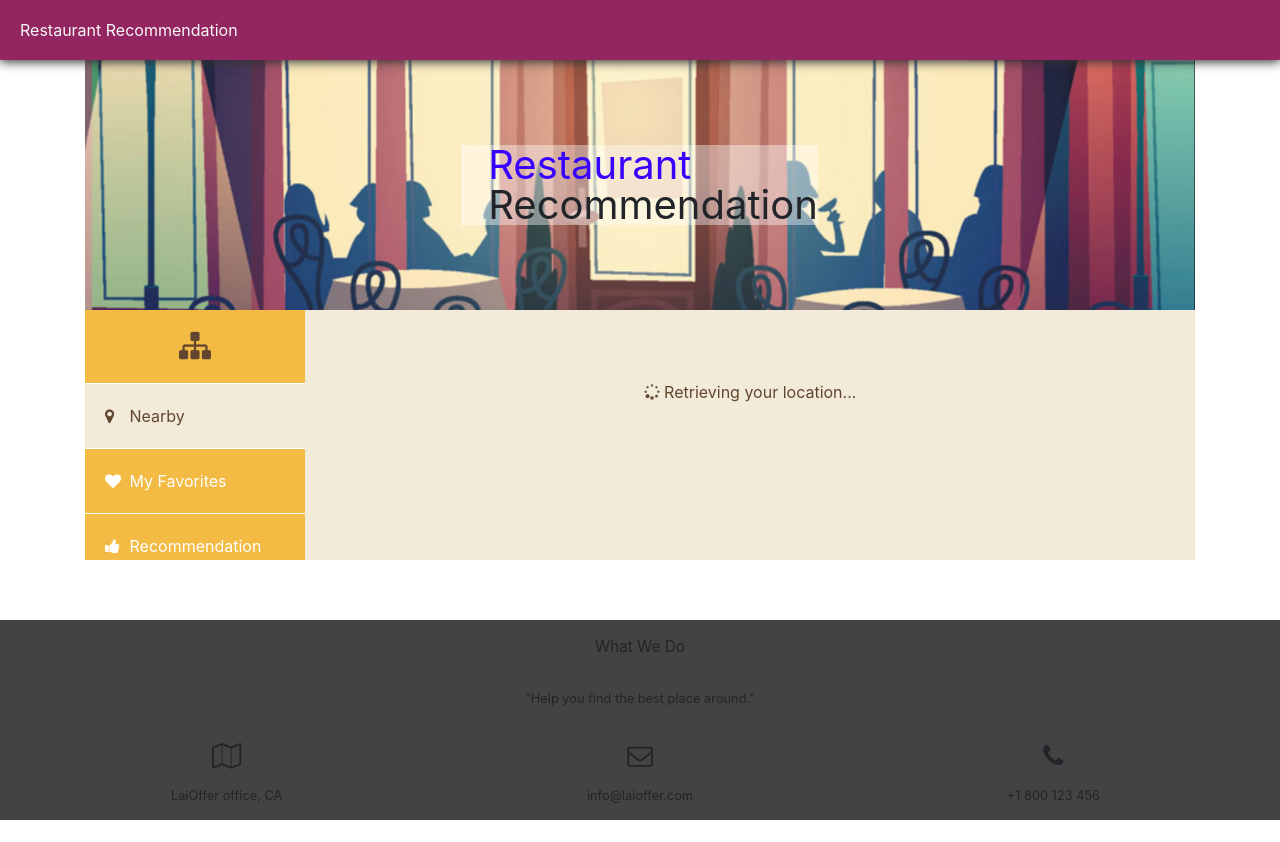
Repository: bchenSyr/restaurant-recommend
Page: http://localhost/YelpRecommend/
The author's editor kept a copy of each file at every save. The page is drawn from the files as they stood at one save, then again after the next save.
The browser window is 1280 px wide. The pictures show the whole page.
Some web libraries are served in a nearby version. The page is served by Tomcat 9. Other server files are loaded and not shown.

Above is the page before, as saved 2018-09-17 06:39:07.

### YelpRecommend/WebContent/index.html
<!DOCTYPE html>
<html>
<head>
    <!-- Required meta tags always come first -->
    <meta charset="UTF-8">
    <meta name="description" content="Item Recommendation">
    <meta name="author" content="Your Name">

    <!-- Bootstrap CSS -->
    <link rel="stylesheet" href="styles/main.css">
    <link href='https://fonts.googleapis.com/css?family=Open+Sans:400,300,700' rel='stylesheet' type='text/css'>
    <link rel="stylesheet" href="https://maxcdn.bootstrapcdn.com/font-awesome/4.5.0/css/font-awesome.min.css">
    <link rel="stylesheet" href="https://stackpath.bootstrapcdn.com/bootstrap/4.1.3/css/bootstrap.min.css" integrity="sha384-MCw98/SFnGE8fJT3GXwEOngsV7Zt27NXFoaoApmYm81iuXoPkFOJwJ8ERdknLPMO" crossorigin="anonymous">

    <title>Restaurant Recommendation Final</title>
</head>
<body>
   <header class="top-header">
    <nav class="top-nav">
      <a href="#"> Restaurant Recommendation </a>
    </nav>

<!--      <span id="welcome-msg"></span>
     <i id="avatar" class="avatar fa fa-user fa-2x"></i> -->

  </header>

  <div class="container">
    <header>
      <p>
        <span>Restaurant</span>
        <br /> Recommendation
      </p>
    </header>

    <section class="main-section">
      <aside id="item-nav">
        <div class="nav-icon">
          <i class="fa fa-sitemap fa-2x"></i>
        </div>
        <nav class="main-nav">
          <a href="#" id="nearby-btn" class="main-nav-btn active">
            <i class="fa fa-map-marker"></i> Nearby
          </a>
          <a href="#" id="fav-btn" class="main-nav-btn">
            <i class="fa fa-heart"></i> My Favorites
          </a>
          <a href="#" id="recommend-btn" class="main-nav-btn">
            <i class="fa fa-thumbs-up"></i> Recommendation
          </a>
        </nav>
      </aside>

      <ul id="item-list">
        <li class="item">
          <img alt="item image" src="https://s3-media3.fl.yelpcdn.com/bphoto/EmBj4qlyQaGd9Q4oXEhEeQ/ms.jpg" />
          <div>
            <a class="item-name" href="#">Item</a>
            <p class="item-category">Vegetarian</p>
            <div class="stars">
              <i class="fa fa-star"></i>
              <i class="fa fa-star"></i>
              <i class="fa fa-star"></i>
            </div>
          </div>
          <p class="item-address">699 Calderon Ave<br/>Mountain View<br/> CA</p>
          <div class="fav-link">
            <i class="fa fa-heart"></i>
          </div>
        </li>
      </ul>
    </section>
  </div>

  <footer>
    <p class="title">What We Do</p>
    <p>"Help you find the best place around."</p>
    <ul>
      <li>
        <p><i class="fa fa-map-o fa-2x"></i></p>
        <p>LaiOffer office, CA</p>
      </li>
      <li>
        <p><i class="fa fa-envelope-o fa-2x"></i></p>
        <p>info@laioffer.com</p>
      </li>
      <li>
        <p><i class="fa fa-phone fa-2x"></i></p>
        <p>+1 800 123 456</p>
      </li>
    </ul>
  </footer>

  <script src="https://rawgit.com/emn178/js-md5/master/build/md5.min.js"></script>
  <!-- <script src="scripts/mock.js"></script> -->

  <!-- Bootstrap -->
  <script src="https://code.jquery.com/jquery-3.3.1.slim.min.js" integrity="sha384-q8i/X+965DzO0rT7abK41JStQIAqVgRVzpbzo5smXKp4YfRvH+8abtTE1Pi6jizo" crossorigin="anonymous"></script>
  <script src="https://cdnjs.cloudflare.com/ajax/libs/popper.js/1.14.3/umd/popper.min.js" integrity="sha384-ZMP7rVo3mIykV+2+9J3UJ46jBk0WLaUAdn689aCwoqbBJiSnjAK/l8WvCWPIPm49" crossorigin="anonymous"></script>
  <script src="https://stackpath.bootstrapcdn.com/bootstrap/4.1.3/js/bootstrap.min.js" integrity="sha384-ChfqqxuZUCnJSK3+MXmPNIyE6ZbWh2IMqE241rYiqJxyMiZ6OW/JmZQ5stwEULTy" crossorigin="anonymous"></script>

  <script src="scripts/main.js"></script>

</body>
</html>

### YelpRecommend/WebContent/styles/main.css
* {
	box-sizing: border-box;
	margin: 0;
	padding: 0;
}

body {
	background: #434343;
	color: #FFFFFF;
	/* font-family: 'Open Sans', sans-serif; */
	font-weight: 300;
	font-size: 0.9em;
}

ul {
	list-style: none;
}

/**
 * top header
 */
.top-header {
	align-items: center;
	/* background: #DF574B; */
	background: rgba(136, 14, 79, 0.9);
	box-shadow: 0px 2px 10px #333333;
	display: flex;
	height: 60px;
	position: fixed;
	top: 0;
	width: 100%;
	z-index: 1;
}

.avatar {
	background: #FFFFFF;
	border-radius: 50%;
	color: #333C4D;
	height: 40px;
	margin-right: 20px;
	padding-left: 9px;
	padding-top: 5px;
	width: 40px;
}

/**
 * top navigation
 */
.top-nav {
	flex: 1;
}

 .top-nav a {
	color: #F9F9F9;
	font-weight: 400;
	margin-left: 20px;
	text-decoration: none;
}

#welcome-msg {
	border-right: 1px solid #FFFFFF;
	padding-right: 10px;
}

/**
 * main container
 */
.container {
	margin: 60px auto;
	max-width: 1000px;
	min-width: 600px;
}

/**
 * main header
 */
.container>header {
	align-items: center;
	background:
		/* url('http://prophoto.com.cy/wp-content/galleries/food/food-restaurant-photographer-cyprus-10.jpg') */
		url('../img/background-photo.png')
		no-repeat 50% 50%;
	background-size: 100%;
	display: flex;
	height: 250px;
}

.container>header p {
	background-color: rgba(255, 255, 255, 0.4);
	border-left: 1px solid #FFFFFF;
	font-weight: 400;
	font-size: 2.5em;
	line-height: 1em;
	/* margin-left: 220px; */
	margin: auto;
	padding-left: 25px;
}

.container>header span {
	/* color: #FBAF41; */
	color: #3700ff;
}

/**
 * main section
 */
.main-section {
	background: #F3BB43;
}

/**
 * aside
 */
#item-nav {
	float: left;
	width: 220px;
}

.nav-icon {
	color: #624630;
	padding: 20px;
	text-align: center;
}

/**
 * main navigation
 */
.main-nav-btn {
	background: none;
	border-top: 1px solid #FFFFFF;
	color: #FFFFFF;
	display: block;
	padding: 20px;
	text-align: left;
	text-decoration: none;
}

.main-nav-btn:hover {
	background: rgba(255, 255, 255, 0.8);
	color: #624630;
}

.main-nav-btn.active {
	background: #F2EBD9;
	color: #624630;
}

.main-nav-btn i {
	width: 20px;
}

/**
 * item list
 */
#item-list {
	background: #F2EBD9;
	color: #624630;
	list-style: none;
	margin-left: 220px;
	min-height: 250px;
	padding: 10px;
}

#item-list .notice {
	font-size: 16px;
	padding: 60px;
	text-align: center;
}

/**
 * item
 */
.item {
	align-items: center;
	border-bottom: 1px solid #FFFFFF;
	display: flex;
	margin: 10px;
	padding: 15px;
	transition: background-color 100ms linear;
}

.item:last-child {
	border: none;
}

.item:hover {
	background: rgba(255, 255, 255, 0.8);
	transition: background-color 100ms linear;
}

.item img {
	border: 1px solid #FFFFFF;
	height: 80px;
	width: 80px;
}

.item>div:first-of-type {
	flex: 1;
	margin-left: 10px;
	margin-right: 10px;
}

.item-name {
	color: #624630;
	font-weight: 400;
	text-decoration: none;
}

.item-name:hover {
	text-decoration: underline;
}

.item-address {
	line-height: 20px;
	padding-right: 20px;
	text-align: right;
}

.stars {
	align-items: center;
	display: flex;
	padding-top: 10px;
}

.fav-link {
	border-left: 1px solid #FFFFFF;
	cursor: pointer;
	line-height: 60px;
	text-align: center;
	width: 60px;
}

.fav-link:hover {
	color: #F13F3F;
}

/**
 * footer section
 */
footer {
	background: #434343;
	font-size: 0.8em;
	height: 200px;
	position: relative;
}

footer p {
	text-align: center;
}

footer p.title {
	font-size: 1.2em;
	padding: 15px;
}

footer ul {
	align-items: center;
	display: flex;
	padding: 20px;
}

footer ul li {
	flex: 1;
}

### YelpRecommend/WebContent/scripts/main.js
(function() {

    /**
     * Variables
     */
    var user_id = '1111';
    var user_fullname = 'Welcome';
    var lng = -122.08;
    var lat = 37.38;

    /**
     * Initialize
     */
    function init() {
        // Register event listeners
        $('nearby-btn').addEventListener('click', loadNearbyItems);
        $('fav-btn').addEventListener('click', loadFavoriteItems);
        $('recommend-btn').addEventListener('click', loadRecommendedItems);

//        var welcomeMsg = $('welcome-msg');
//        welcomeMsg.innerHTML = 'Welcome';
        initGeoLocation();
    }

    function initGeoLocation() {
        if (navigator.geolocation) {
            navigator.geolocation.getCurrentPosition(onPositionUpdated,
                onLoadPositionFailed, {
                    maximumAge: 60000
                });
            showLoadingMessage('Retrieving your location...');
        } else {
            onLoadPositionFailed();
        }
    }

    function onPositionUpdated(position) {
        lat = position.coords.latitude;
        lng = position.coords.longitude;

        loadNearbyItems();
    }

    function onLoadPositionFailed() {
        console.warn('navigator.geolocation is not available');
        getLocationFromIP();
    }

    function getLocationFromIP() {
        // Get location from http://ipinfo.io/json
        var url = 'http://ipinfo.io/json'
        var req = null;
        ajax('GET', url, req, function(res) {
            var result = JSON.parse(res);
            if ('loc' in result) {
                var loc = result.loc.split(',');
                lat = loc[0];
                lng = loc[1];
            } else {
                console.warn('Getting location by IP failed.');
            }
            loadNearbyItems();
        });
    }

    // -----------------------------------
    // Helper Functions
    // -----------------------------------

    /**
     * A helper function that makes a navigation button active
     *
     * @param btnId -
     *            The id of the navigation button
     */
    function activeBtn(btnId) {
        var btns = document.getElementsByClassName('main-nav-btn');

        // deactivate all navigation buttons
        for (var i = 0; i < btns.length; i++) {
            btns[i].className = btns[i].className.replace(/\bactive\b/, '');
        }

        // active the one that has id = btnId
        var btn = $(btnId);
        btn.className += ' active';
    }

    function showLoadingMessage(msg) {
        var itemList = $('item-list');
        itemList.innerHTML = '<p class="notice"><i class="fa fa-spinner fa-spin"></i> ' +
            msg + '</p>';
    }

    function showWarningMessage(msg) {
        var itemList = $('item-list');
        itemList.innerHTML = '<p class="notice"><i class="fa fa-exclamation-triangle"></i> ' +
            msg + '</p>';
    }

    function showErrorMessage(msg) {
        var itemList = $('item-list');
        itemList.innerHTML = '<p class="notice"><i class="fa fa-exclamation-circle"></i> ' +
            msg + '</p>';
    }

    /**
     * A helper function that creates a DOM element <tag options...>
     *
     * @param tag
     * @param options
     * @returns
     */
    function $(tag, options) {
        if (!options) {
            return document.getElementById(tag);
        }

        var element = document.createElement(tag);

        for (var option in options) {
            if (options.hasOwnProperty(option)) {
                element[option] = options[option];
            }
        }

        return element;
    }

    function hideElement(element) {
        element.style.display = 'none';
    }

    function showElement(element, style) {
        var displayStyle = style ? style : 'block';
        element.style.display = displayStyle;
    }

    /**
     * AJAX helper
     *
     * @param method -
     *            GET|POST|PUT|DELETE
     * @param url -
     *            API end point
     * @param callback -
     *            This the successful callback
     * @param errorHandler -
     *            This is the failed callback
     */
    function ajax(method, url, data, callback, errorHandler) {
        var xhr = new XMLHttpRequest();

        xhr.open(method, url, true);

        xhr.onload = function() {
        	if (xhr.status === 200) {
        		callback(xhr.responseText);
        	} else {
        		errorHandler();
        	}
        };

        xhr.onerror = function() {
            console.error("The request couldn't be completed.");
            errorHandler();
        };

        if (data === null) {
            xhr.send();
        } else {
            xhr.setRequestHeader("Content-Type",
                "application/json;charset=utf-8");
            xhr.send(data);
        }
    }

    // -------------------------------------
    // AJAX call server-side APIs
    // -------------------------------------

    /**
     * API #1 Load the nearby items API end point: [GET]
     * /Dashi/search?user_id=1111&lat=37.38&lon=-122.08
     */
    function loadNearbyItems() {
        console.log('loadNearbyItems');
        activeBtn('nearby-btn');

        // The request parameters
        var url = './search';
        var params = 'user_id=' + user_id + '&lat=' + lat + '&lon=' + lng;
        var req = JSON.stringify({});

        // display loading message
        showLoadingMessage('Loading nearby items...');

        // make AJAX call
        ajax('GET', url + '?' + params, req,
            // successful callback
            function(res) {
                var items = JSON.parse(res);
                if (!items || items.length === 0) {
                    showWarningMessage('No nearby item.');
                } else {
                    listItems(items);
                }
            },
            // failed callback
            function() {
                showErrorMessage('Cannot load nearby items.');
            });
    }

    /**
     * API #2 Load favorite (or visited) items API end point: [GET]
     * /Dashi/history?user_id=1111
     */
    function loadFavoriteItems() {
        activeBtn('fav-btn');

        // The request parameters
        var url = './history';
        var params = 'user_id=' + user_id;
        var req = JSON.stringify({});

        // display loading message
        showLoadingMessage('Loading favorite items...');

        // make AJAX call
        ajax('GET', url + '?' + params, req, function(res) {
            var items = JSON.parse(res);
            if (!items || items.length === 0) {
                showWarningMessage('No favorite item.');
            } else {
                listItems(items);
            }
        }, function() {
            showErrorMessage('Cannot load favorite items.');
        });
    }

    /**
     * API #3 Load recommended items API end point: [GET]
     * /Dashi/recommendation?user_id=1111
     */
    function loadRecommendedItems() {
        activeBtn('recommend-btn');

        // The request parameters
        var url = './recommendation';
        var params = 'user_id=' + user_id + '&lat=' + lat + '&lon=' + lng;

        var req = JSON.stringify({});

        // display loading message
        showLoadingMessage('Loading recommended items...');

        // make AJAX call
        ajax(
            'GET',
            url + '?' + params,
            req,
            // successful callback
            function(res) {
                var items = JSON.parse(res);
                if (!items || items.length === 0) {
                    showWarningMessage('No recommended item. Make sure you have favorites.');
                } else {
                    listItems(items);
                }
            },
            // failed callback
            function() {
                showErrorMessage('Cannot load recommended items.');
            });
    }

    /**
     * API #4 Toggle favorite (or visited) items
     *
     * @param item_id -
     *            The item business id
     *
     * API end point: [POST]/[DELETE] /Dashi/history request json data: {
     * user_id: 1111, visited: [a_list_of_business_ids] }
     */
    function changeFavoriteItem(item_id) {
        // Check whether this item has been visited or not
        var li = $('item-' + item_id);
        var favIcon = $('fav-icon-' + item_id);
        var favorite = li.dataset.favorite !== 'true';

        // The request parameters
        var url = './history';
        var req = JSON.stringify({
            user_id: user_id,
            favorite: [item_id]
        });
        var method = favorite ? 'POST' : 'DELETE';

        ajax(method, url, req,
            // successful callback
            function(res) {
                var result = JSON.parse(res);
                if (result.result === 'SUCCESS') {
                    li.dataset.favorite = favorite;
                    favIcon.className = favorite ? 'fa fa-heart' : 'fa fa-heart-o';
                }
            });
    }

    // -------------------------------------
    // Create item list
    // -------------------------------------

    /**
     * List items
     *
     * @param items -
     *            An array of item JSON objects
     */
    function listItems(items) {
        // Clear the current results
        var itemList = $('item-list');
        itemList.innerHTML = '';

        for (var i = 0; i < items.length; i++) {
            addItem(itemList, items[i]);
        }
    }

    /**
     * Add item to the list
     *
     * @param itemList -
     *            The
     *            <ul id="item-list">
     *            tag
     * @param item -
     *            The item data (JSON object)
     */
    function addItem(itemList, item) {
        var item_id = item.item_id;

        // create the <li> tag and specify the id and class attributes
        var li = $('li', {
            id: 'item-' + item_id,
            className: 'item'
        });

        // set the data attribute
        li.dataset.item_id = item_id;
        li.dataset.favorite = item.favorite;

        // item image
        if (item.image_url) {
            li.appendChild($('img', {
                src: item.image_url
            }));
        } else {
            li.appendChild($(
                'img', {
                    src: 'https://assets-cdn.github.com/images/modules/logos_page/GitHub-Mark.png'
                }))
        }
        // section
        var section = $('div', {});

        // title
        var title = $('a', {
            href: item.url,
            target: '_blank',
            className: 'item-name'
        });
        title.innerHTML = item.name;
        section.appendChild(title);

        // category
        var category = $('p', {
            className: 'item-category'
        });
        category.innerHTML = 'Category: ' + item.categories.join(', ');
        section.appendChild(category);

        // TODO(vincent). here we might have a problem showing 3.5 as 3.
        // stars
        var stars = $('div', {
            className: 'stars'
        });

        for (var i = 0; i < item.rating; i++) {
            var star = $('i', {
                className: 'fa fa-star'
            });
            stars.appendChild(star);
        }

        if (('' + item.rating).match(/\.5$/)) {
            stars.appendChild($('i', {
                className: 'fa fa-star-half-o'
            }));
        }

        section.appendChild(stars);

        li.appendChild(section);

        // address
        var address = $('p', {
            className: 'item-address'
        });

        address.innerHTML = item.address.replace(/,/g, '<br/>').replace(/\"/g,
            '');
        li.appendChild(address);

        // favorite link
        var favLink = $('p', {
            className: 'fav-link'
        });

        favLink.onclick = function() {
            changeFavoriteItem(item_id);
        };

        favLink.appendChild($('i', {
            id: 'fav-icon-' + item_id,
            className: item.favorite ? 'fa fa-heart' : 'fa fa-heart-o'
        }));

        li.appendChild(favLink);

        itemList.appendChild(li);
    }

    init();

})();

After the next save:
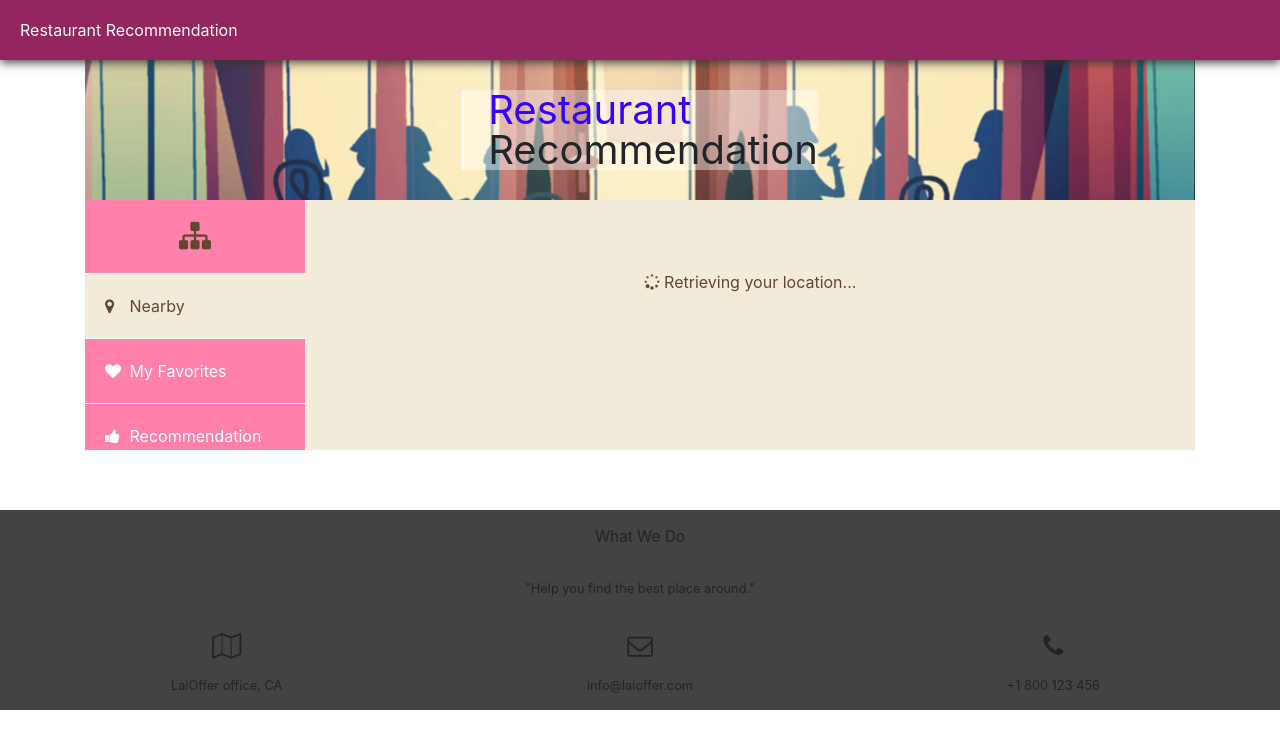
Saved 86 s later.
--- a/YelpRecommend/WebContent/styles/main.css
+++ b/YelpRecommend/WebContent/styles/main.css
@@ -82,7 +82,7 @@ ul {
 		no-repeat 50% 50%;
 	background-size: 100%;
 	display: flex;
-	height: 250px;
+	height: 140px;
 }
 
 .container>header p {
@@ -105,7 +105,7 @@ ul {
  * main section
  */
 .main-section {
-	background: #F3BB43;
+	background: #FF80AB;
 }
 
 /**
